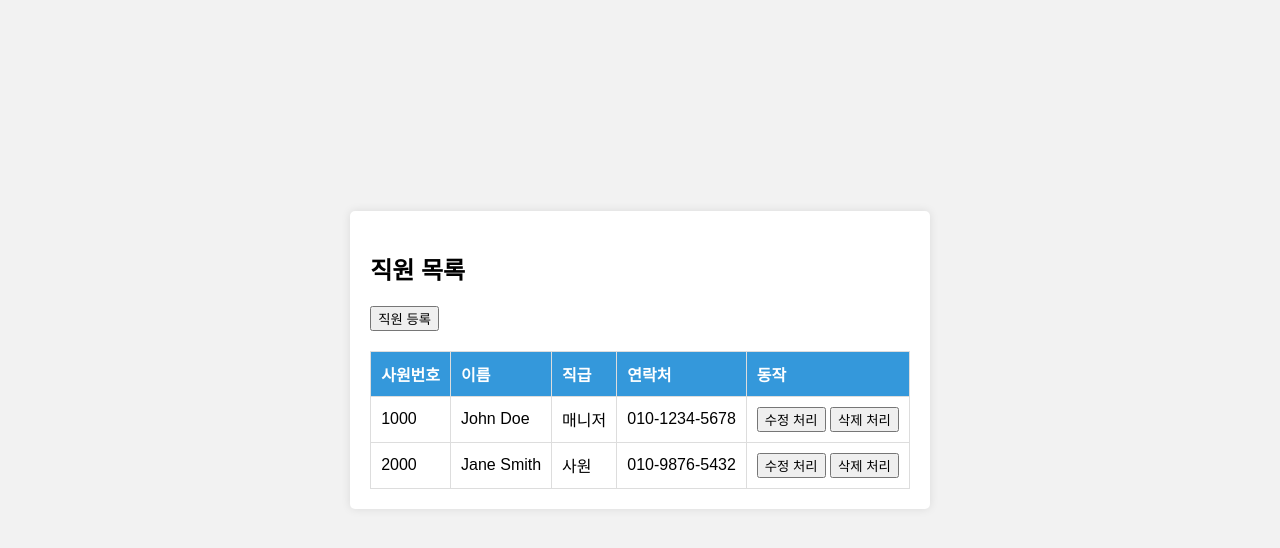
Repository: sieoh/2024html-
Page: http://localhost/jspweb_08/emplist.jsp
The author's editor kept a copy of each file at every save. The page is drawn from the files as they stood at one save, then again after the next save.
The browser window is 1280 px wide. The pictures show the whole page.
The page is served by Tomcat 9. Queries for data that is not in the repository find no rows.

Above is the page before, as saved 2024-01-12 06:17:32.

After the next save:
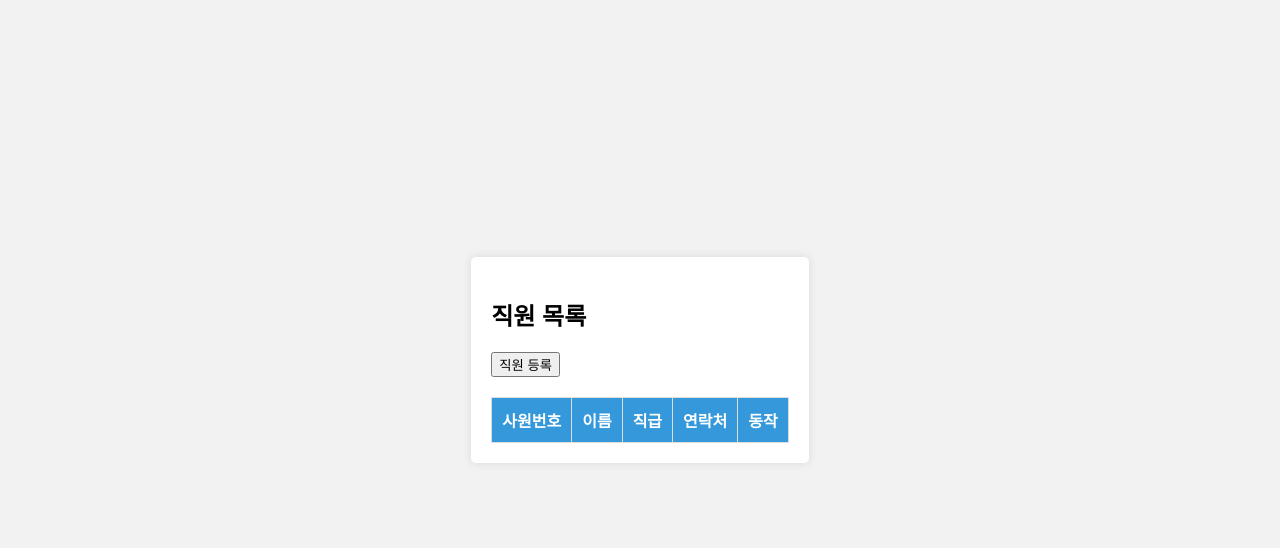
Saved 51 s later.
--- a/workspace_sts/jspweb_08/src/main/webapp/emplist.jsp
+++ b/workspace_sts/jspweb_08/src/main/webapp/emplist.jsp
@@ -95,8 +95,6 @@
             <tbody>
             <%
             	for(int i=0;i<emplist.size();i++){
-
-            	}
             %>
             	<tr>
 	            	<td>1000</td>
@@ -116,6 +114,9 @@
 	                    <button onclick="handleButtonClick(1)">삭제 처리</button> <!-- 버튼 추가 -->
 	                </td> <!-- 상세보기 버튼 추가 -->
 	            </tr>
+	            <%
+            		}
+            	%>
             <!-- 다른 직원들의 정보도 추가할 수 있습니다. -->
             </tbody>
         </table>
